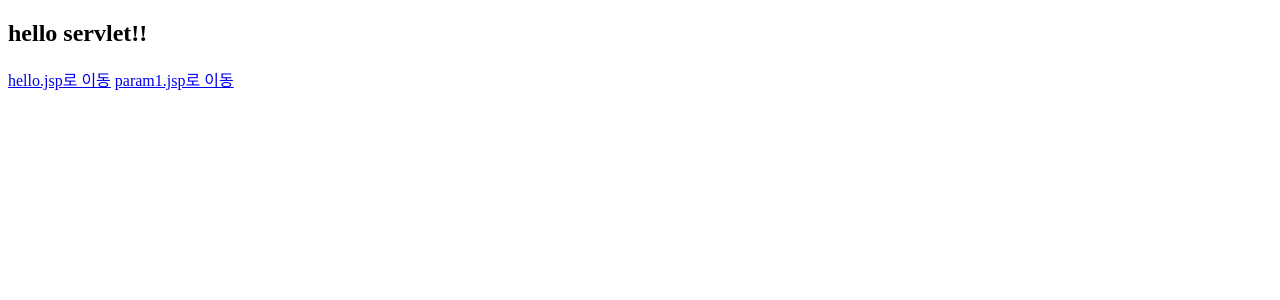
Repository: guguping/finalTestStudy
Page: http://localhost/project_20230727/
The author's editor kept a copy of each file at every save. The page is drawn from the files as they stood at one save, then again after the next save.
The browser window is 1280 px wide. The pictures show the whole page.
The page is served by Tomcat 9.

Above is the page before, as saved 2023-07-27 02:01:35.

After the next save:
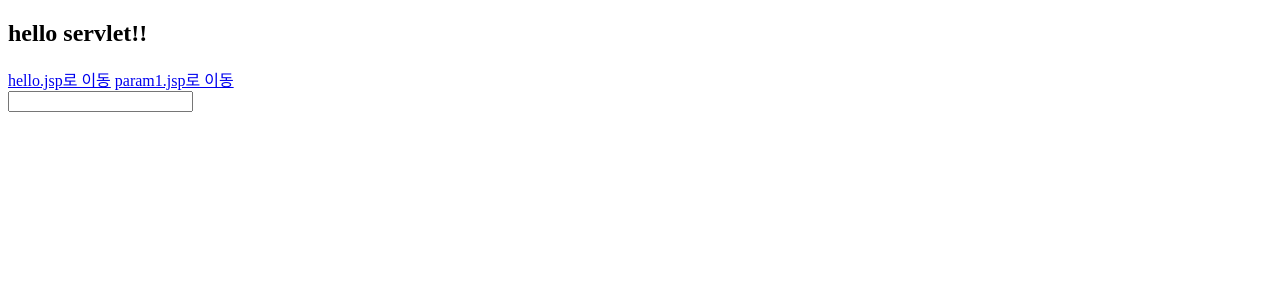
Saved 10 s later.
--- a/project_20230727/src/main/webapp/index.jsp
+++ b/project_20230727/src/main/webapp/index.jsp
@@ -14,6 +14,7 @@
 	<!-- form태그를 이용하여 이름(name), 나이(age)를 각각 입력 받아서
 		post 방식으로 param2.jsp로 전송하고 param2.jsp에서 입력값을 출력해 봅시다. -->
 	<form method="post" action = "param2.jsp">
+	<input type="text">
 	</form>
 </body>
 </html>
